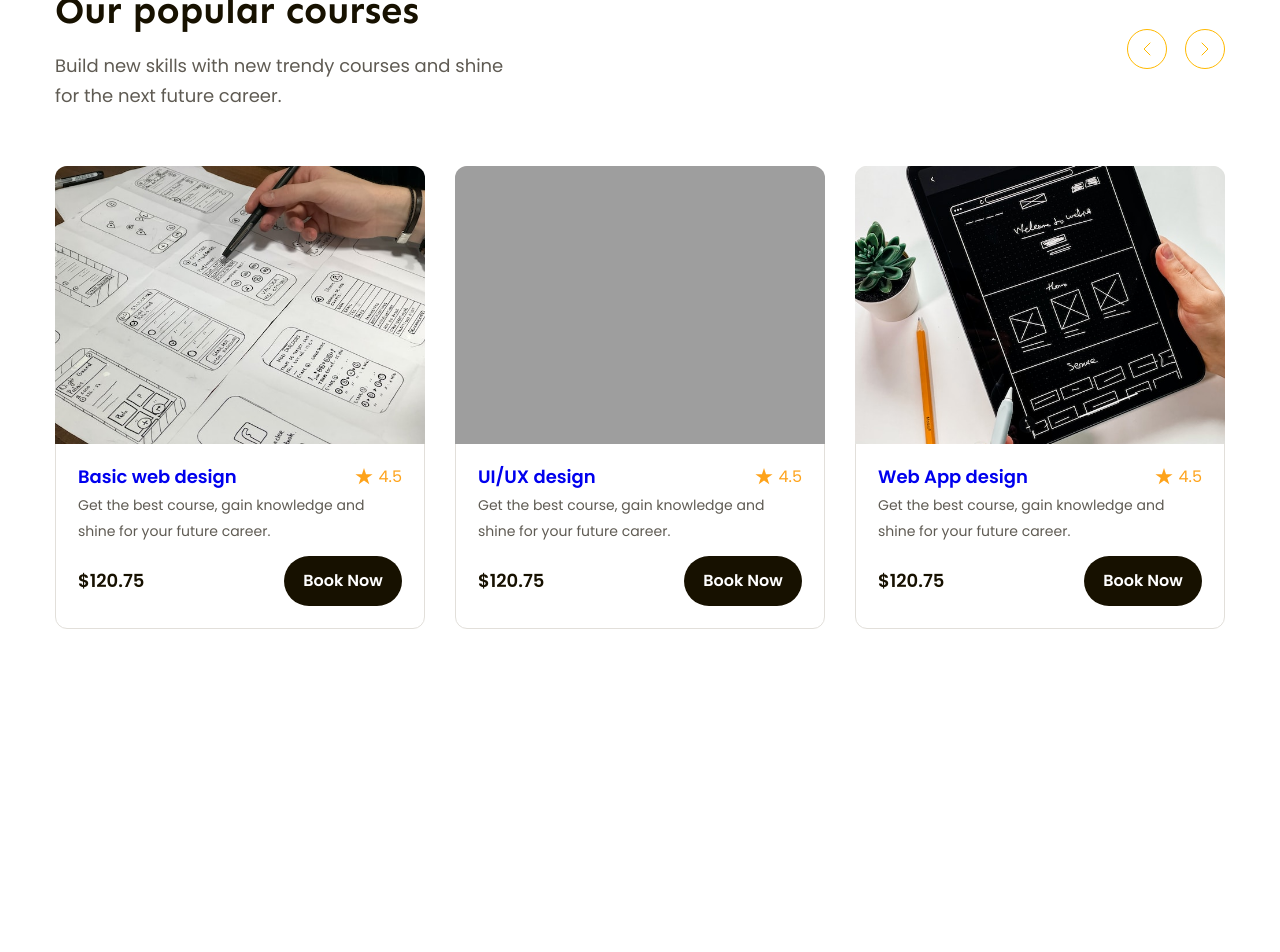
Repository: Tran-Dat/F8-Project-02
Page: index.html
These files come from the project's save history. The page is drawn as it stood at one moment and after the next save; the edit follows.
The browser window is 1280 px wide. The pictures show the part of the page from y = 1113 to 2065 px (the page is 3000 px tall).
Pictures or frames that could not be fetched are drawn as grey boxes. A picture or video elsewhere on the page could not be fetched, so the positions and the page height are approximate.

Above is the page before, as saved 2023-03-30 18:51:43.

After the next save:
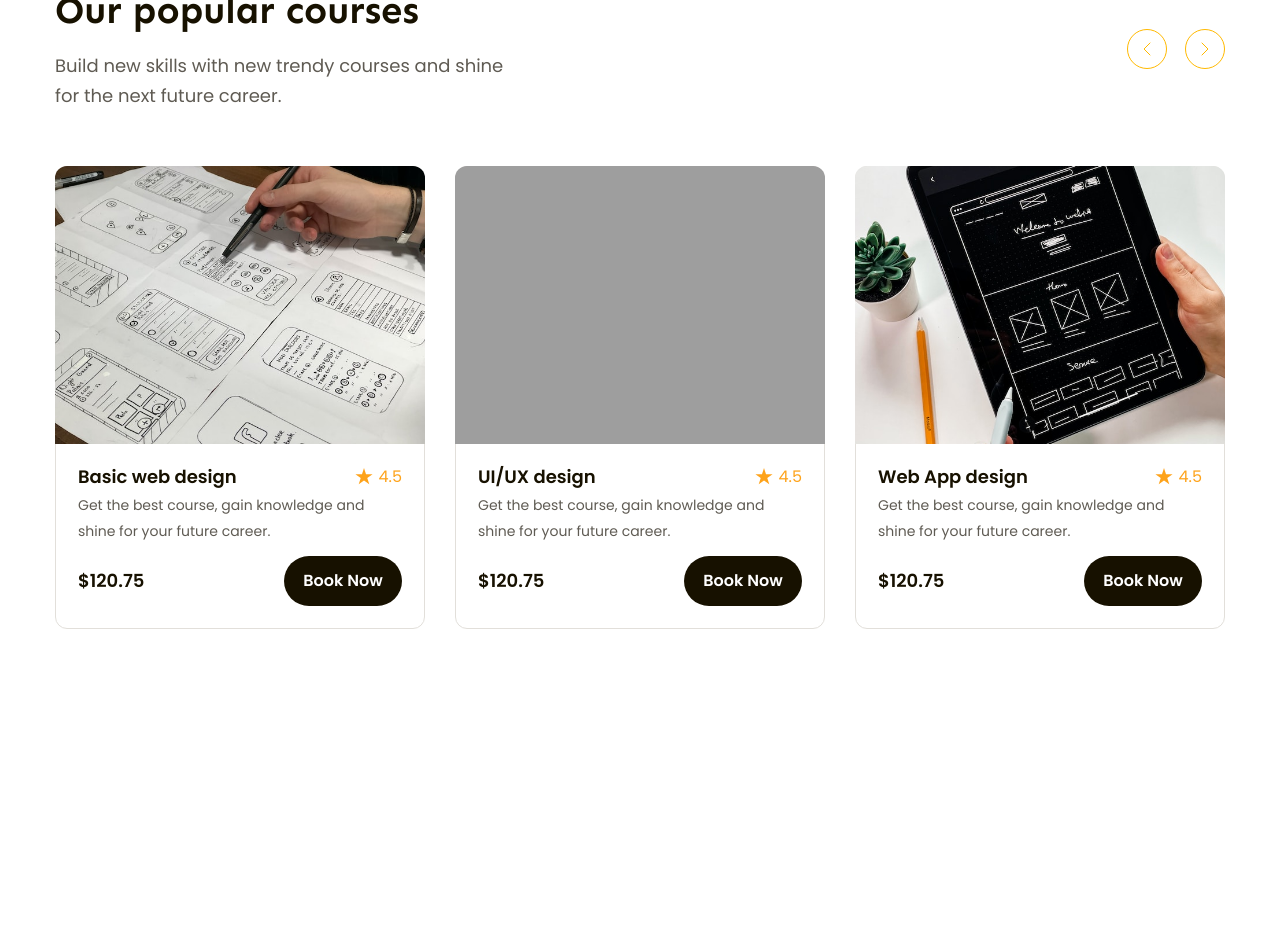
Saved 29 s later.
--- a/assets/css/styles.css
+++ b/assets/css/styles.css
@@ -352,7 +352,7 @@ a {
     justify-content: space-between;
 }
 
-.popular .course-item .title {
+.popular .course-item .title a {
     font-weight: 600;
     font-size: 1.8rem;
     line-height: 1.67;
